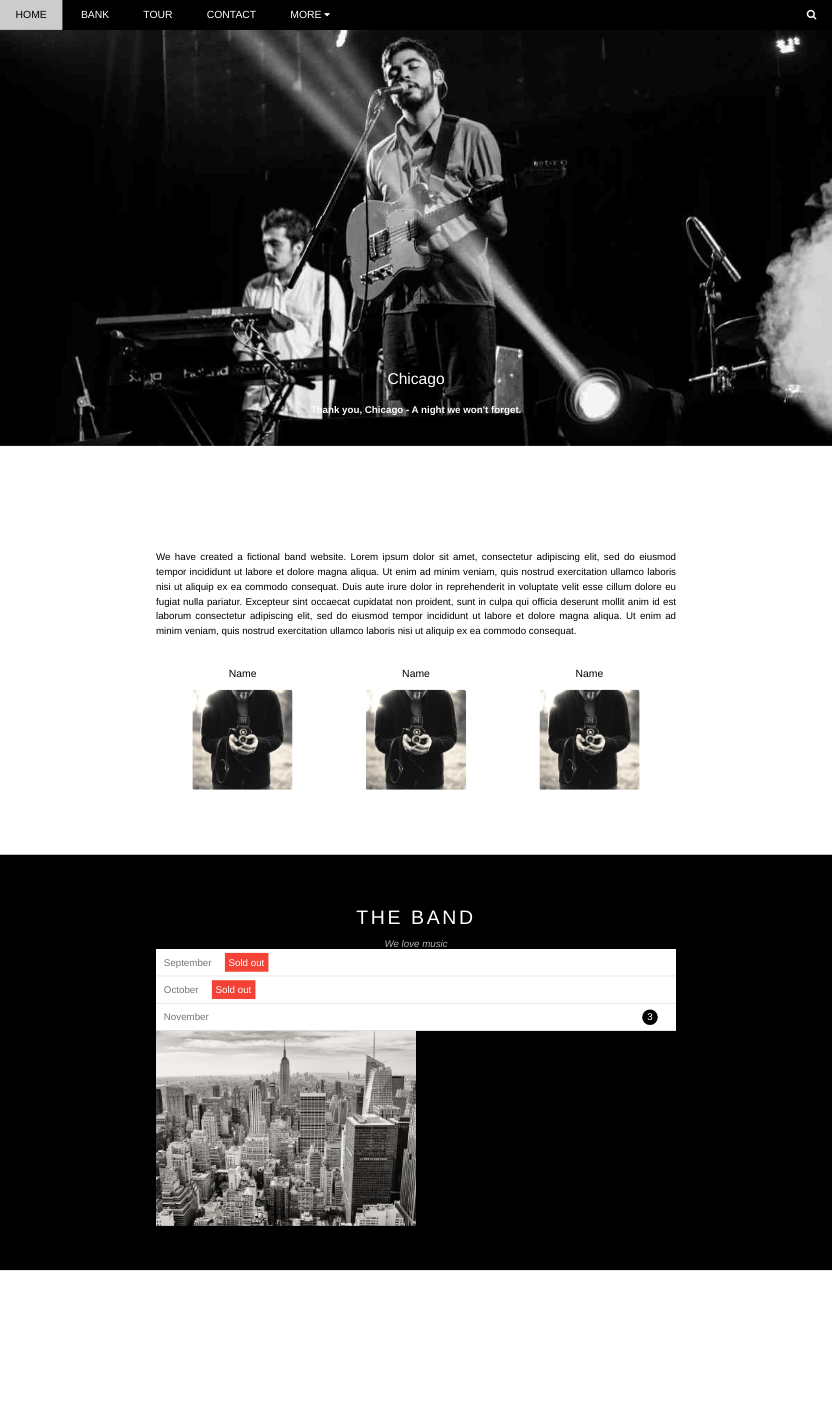
Repository: vuongtm1999/TheBand_W3School
Page: index.html
The author's editor kept a copy of each file at every save. The page is drawn from the files as they stood at one save, then again after the next save.
The browser window is 1280 px wide. The pictures show the whole page, at 65% of full size.

Above is the page before, as saved 2022-08-26 16:58:33.

After the next save:
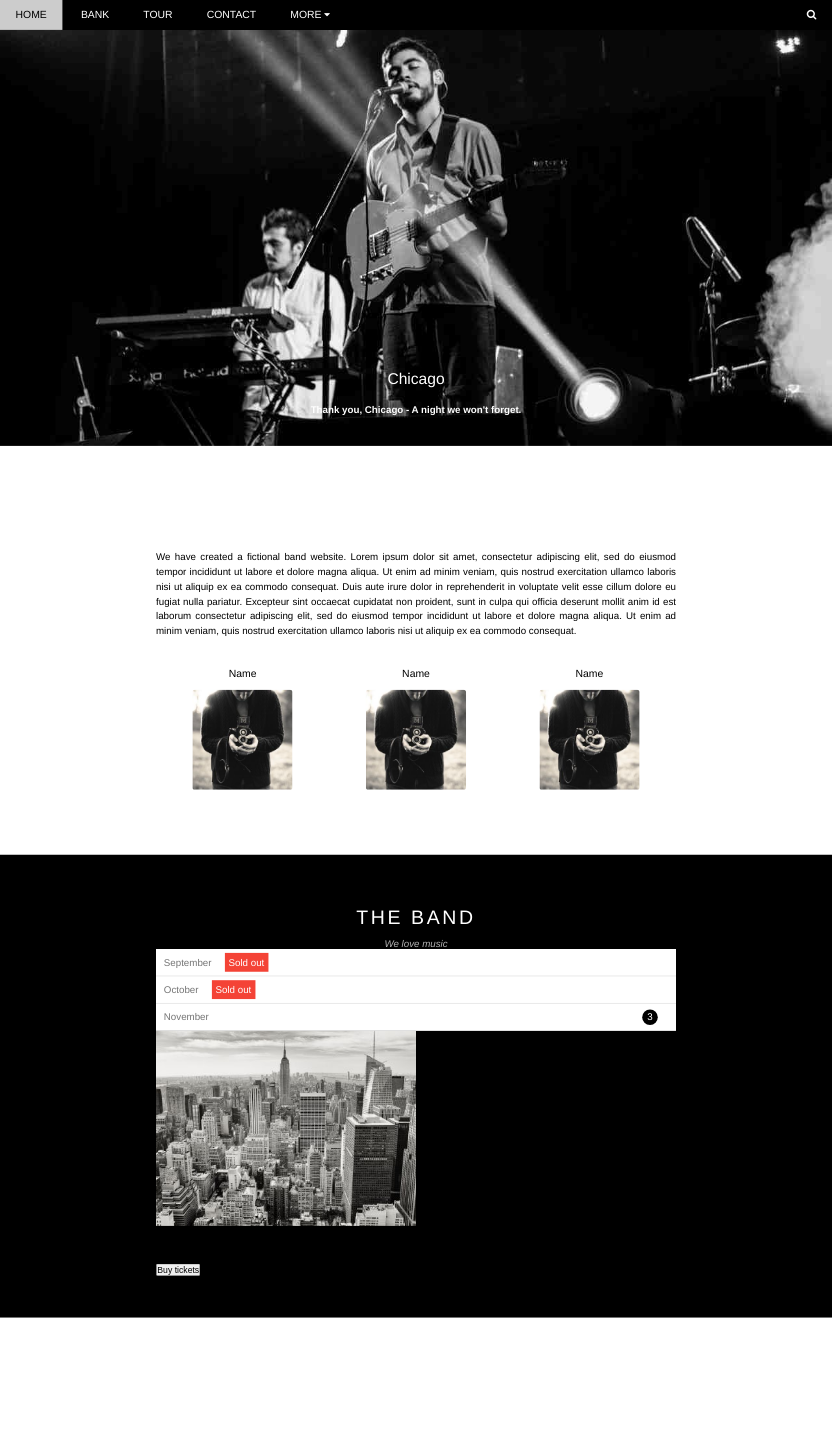
Saved 2 min 4 s later.
--- a/index.html
+++ b/index.html
@@ -91,6 +91,10 @@
                     <div class="place-ticket">
                         <div class="place-item">
                             <img src="assets/img/place/newyork.jpg" alt="img-ticket" class="place-img">
+                            <p class="place-city">New York</p>
+                            <p class="place-time">Fri 27 Nov 2016</p>
+                            <p class="place-content">Praesent tincidunt sed tellus ut rutrum sed vitae justo.</p>
+                            <button>Buy tickets</button>
                         </div>
                     </div>
                 </div>
